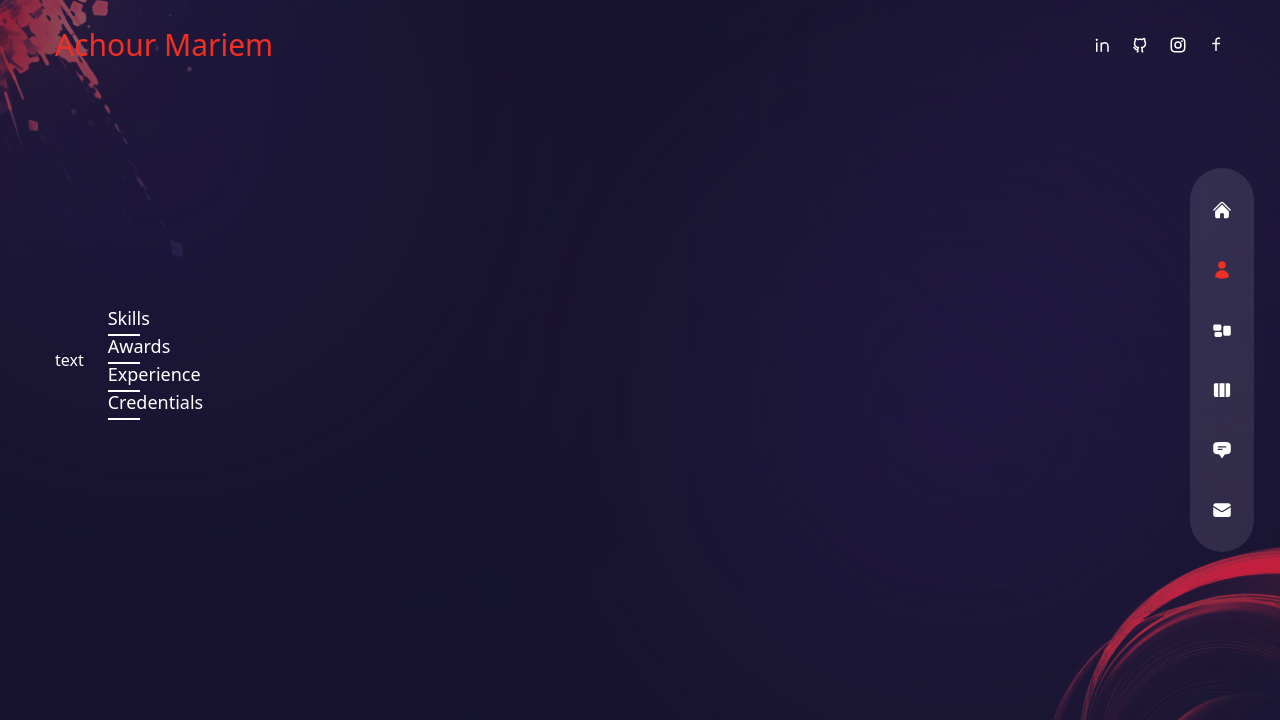
Repository: AchourMaryem/My-personal-portfolio
Page: /about
The author's editor kept a copy of each file at every save. The page is drawn from the files as they stood at one save, then again after a run of saves.
The browser window is 1280 px wide. The pictures show the whole page.
The project was rebuilt for these pictures with package versions that can differ from the ones it lists, and the page was loaded fresh each time. The framework's server and built-in components were replaced by stand-ins that run in the browser. Also part of the build but not shown: next.config.js.

Above is the page before, as saved 2023-09-22 01:40:44.

### pages/_app.js
import '../styles/globals.css';
import Layout from '../components/Layout';
import Transition from '../components/Transition';
import { useRouter } from 'next/router';
import { AnimatePresence, motion } from 'framer-motion';

function MyApp({ Component, pageProps }) {
  const router = useRouter();
  return(
  <Layout>
    <AnimatePresence mode='wait'>
      <motion.div key={router.route} className='h-full'>
        <Transition />
        <Component {...pageProps} />
      </motion.div>
  </AnimatePresence>
  </Layout>
  );
}

export default MyApp;

### pages/about/index.js
import React, { useState } from 'react';

// icons
import {
  FaHtml5,
  FaCss3,
  FaJs,
  FaReact,
  FaWordpress,
  FaFigma,
} from "react-icons/fa";

import {
  SiNextdotjs,
  SiFramer,
  SiAdobexd,
  SiAdobephotoshop,
} from "react-icons/si";


//  data
export const aboutData = [
  {
    title: 'skills',
    info: [
      {
        title: 'Web Development',
        icons: [
          <FaHtml5 />,
          <FaCss3 />,
          <FaJs />,
          <FaReact />,
          <SiNextdotjs />,
          <SiFramer />,
          <FaWordpress />,
        ],
      },
      {
        title: 'UI/UX Design',
        icons: [<FaFigma />, <SiAdobexd />, <SiAdobephotoshop />],
      },
    ],
  },
  {
    title: 'awards',
    info: [
      {
        title: 'Webby Awards - Honoree',
        stage: '2011 - 2012',
      },
      {
        title: 'Adobe Design Achievement Awards - Finalist',
        stage: '2009 - 2010',
      },
    ],
  },
  {
    title: 'experience',
    info: [
      {
        title: 'UX/UI Designer - XYZ Company',
        stage: '2012 - 2023',
      },
      {
        title: 'Web Developer - ABC Agency',
        stage: '2010 - 2012',
      },
      {
        title: 'Intern - DEF Corporation',
        stage: '2008 - 2010',
      },
    ],
  },
  {
    title: 'credentials',
    info: [
      {
        title: 'Web Development - ABC University, LA, CA',
        stage: '2011',
      },
      {
        title: 'Computer Science Diploma - AV Technical Institute',
        stage: '2009',
      },
      {
        title: 'Certified Graphic Designer - ABC Institute, Los Angeles, CA',
        stage: '2006',
      },
    ],
  },
];

import Avatar from '../../components/Avatar';
import Circles from '../../components/Circles';
import {motion} from 'framer-motion';
import {fadeIn} from '../../variants';

const About = () => {
  const [index,setIndex] = useState(0);
  return (
  <div className='h-full bg-primary/30 py-32 text-center xl:text-left'>
    <Circles />
    <motion.div
     variants={fadeIn('right',0.2)}
      initial="hidden"
      animate="show"
      exit="hidden"
      className='hidden xl:flex absolute bottom-0 -left-[370px]'>
<Avatar />
    </motion.div>
    <div className='container mx-auto h-full flex felx-col items-center xl:flex-row gap-x-6'>
      <div>text</div>
      <div>
        <div className=''>
          {aboutData.map((item, itemIndex)=>{
            return (<div key={itemIndex} className='cursor-pointer capitalize xl:text-lg relative after:w-8 after:h-[2px]
            after:bg-white after:absolute after:-bottom-1 after:left-0'>
              {item.title}
            </div>);
          })}
        </div>
      </div>
    </div>
  </div>
  );
};

export default About;

### styles/globals.css
@tailwind base;
@tailwind components;
@tailwind utilities;

.translate-z-0 {
  transform: translateZ(0px);
}
.swiper-horizontal > .swiper-pagination-bullets .swiper-pagination-bullet,
.swiper-pagination-horizontal.swiper-pagination-bullets
  .swiper-pagination-bullet {
  background-color: #f13024;
}

.swiper-button-next:after,
.swiper-button-prev:after,
.swiper-button-next:after,
.swiper-rtl .swiper-button-prev:after {
  color: #f13024;
}

@layer base {
  body {
    @apply bg-secondary overflow-hidden leading-relaxed;
  }
  .page {
    @apply w-full h-screen overflow-hidden;
  }
  .h1 {
    @apply text-[35px] leading-tight md:text-[60px] md:leading-[1.3] mb-8 font-semibold;
  }
  .h2 {
    @apply text-[35px] leading-tight md:text-[54px] md:leading-[1.3] mb-4 font-semibold;
  }
  p {
    @apply leading-[1.8] text-white/60 font-light;
  }
  .btn,
  .input {
    @apply h-[52px];
  }
  .input {
    @apply w-full h-[52px] rounded-lg pl-6 capitalize;
  }
  .input,
  .textarea {
    @apply bg-transparent outline-none focus:ring-1 focus:ring-accent border border-white/20 placeholder:text-white/30 placeholder:font-light;
  }
  .textarea {
    @apply w-full h-[180px] p-6 capitalize rounded-lg resize-none;
  }
  .scrollable-content {
    /* Modifier la couleur de la barre de défilement en gris */
    scrollbar-width: thin;
    scrollbar-color: gray gray; /* Couleur de la barre de défilement et du track (fond) */
  }

  .scrollable-content::-webkit-scrollbar {
    width: 6px; /* Largeur de la barre de défilement */
  }

  .scrollable-content::-webkit-scrollbar-thumb {
    background-color: gray; /* Couleur de la barre de défilement */
  }

}

### components/Layout.js
import {Sora} from '@next/font/google'


const sora = Sora({
  subsets:['latin'],
  variable:'--font-sora',
  weight:['100','200','300','400','500','600','700','800'],
});
import Nav from '../components/Nav'
import Header from '../components/Header'
import TopLeftImg from '../components/TopLeftImg'

const Layout = ({children}) => {
  return <div className={'page bg-site text-white bg-cover bg-no-repeat ${sora.variable} font-sora relative '}>
   <TopLeftImg />
    <Nav />
    <Header />
    {children}
  </div>;
};

export default Layout;

### components/Transition.js
import {motion} from 'framer-motion';

const transitionVariants = {
  initial: {
    x: '100%',
    width: '100%',
  },
  animate: {
    x: '0%',
    width: '0%',
  },
  exit: {
    x: ['0%', '100%'],
    width: ['0%', '100%'],
  },
};

const Transition = () => {
  return (
    <>
      <motion.div
        className='fixed top-0 bottom-0 right-full w-screen h-screen z-30 bg-[#2e2257]'
        variants={transitionVariants}
        initial='initial'
        animate='animate'
        exit='exit'
        transition={{ delay: 0.2, duration: 0.6, ease: 'easeInOut' }}
      >
      </motion.div>
      <motion.div
        className='fixed top-0 bottom-0 right-full w-screen h-screen z-20 bg-[#3b2d71]'
        variants={transitionVariants}
        initial='initial'
        animate='animate'
        exit='exit'
        transition={{ delay: 0.4, duration: 0.6, ease: 'easeInOut' }}
      >
      </motion.div>
      <motion.div
        className='fixed top-0 bottom-0 right-full w-screen h-screen z-10 bg-[#4b3792]'
        variants={transitionVariants}
        initial='initial'
        animate='animate'
        exit='exit'
        transition={{ delay: 0.6, duration: 0.6, ease: 'easeInOut' }}
      >
      </motion.div>
    </>
  );
};

export default Transition;

### components/Avatar.js
import Image from 'next/image';

const Avatar = () => {
  return (
  <div className='hidden xl:flex xl:max-w-none'>
<Image
src={'/imagee.png'}
width={737}
height={678}
 alt=""
className='translate-z-0 w-full h-full'/>
  </div>
);
};

export default Avatar;

### components/Circles.js
import Image from 'next/image';

const Circles = () => {
  return (
  <div className='w-[200px] xl:w-[300px] absolute -right-16 -bottom-2 mix-blend-color-dodge animate-pulse duration-75 z-10'>
    <Image src={'/circles.png'}
     width={260}
     height={200}
      className='w-full h-full'
    alt="" />
  </div>);
};

export default Circles;

### components/Nav.js
// icons
import {
  HiHome,
  HiUser,
  HiViewColumns,
  HiRectangleGroup,
  HiChatBubbleBottomCenterText,
  HiEnvelope,
} from 'react-icons/hi2';

// nav data
export const navData = [
  { name: 'home', path: '/', icon: <HiHome /> },
  { name: 'about', path: '/about', icon: <HiUser /> },
  { name: 'services', path: '/services', icon: <HiRectangleGroup /> },
  { name: 'work', path: '/work', icon: <HiViewColumns /> },
  {
    name: 'testimonials',
    path: '/testimonials',
    icon: <HiChatBubbleBottomCenterText />,
  },
  {
    name: 'contact',
    path: '/contact',
    icon: <HiEnvelope />,
  },
];
import Link from 'next/link';
import { useRouter } from 'next/router';
const Nav = () => {
  const router = useRouter();
  const pathname = router.pathname;
  return (
    <nav className='flex flex-col items-center xl:justify-center gap-y-4 fixed h-max bottom-0 mt-auto xl:right-[2%] z-50 top-0 w-full xl:w-16 xl:max-w-md xl:h-screen' >
      {/*inner*/}
      <div className='flex w-full xl:flex-col items-center justify-between xl:justify-center gap-y-10 px-4 md:px-40 xl:px-0 h-[80px] xl:h-max py-8 bg-white/10 backdrop-blur-sm text-3xl xl:text-xl xl:rounded-full '>
        {navData.map((link, index) => {
         return(
          <Link
          className={`${link.path === pathname && 'text-accent'} relative flex items-center group hover:text-accent transition-all duration-300`}
          href={link.path}
          key={index}
          >

          {/* tooltip */}
          <div className='absolute pr-14 right-0 hidden xl:group-hover:flex'>
          <div className='bg-white relative flex text-primary itemscenter p-[6px] rounded-[3px]'>
          <div className='text-[12px] leading-none font-semibold capitalize'>
            {link.name}
            </div>
         {/* triangle */}
         <div className='border-solid border-l-white border-l-8 border-y-transparent border-y-[6px] border-r-0 absolute -right-2'></div>

          </div>
          </div>
         <div> {link.icon}</div>

        </Link>
        );
})}
      </div>
    </nav>
  );
};

export default Nav;

### components/Header.js
import Image from "next/image";
import Link from "next/link";
import { useRouter } from 'next/router';

import Socials from '../components/Socials';
const Header = () => {
  const router = useRouter();

  return (
    <header className="absolute z-30 w-full flex items-center px-16 xl:px-0 xl:h-[90px]">
      <div className="container mx-auto">
        <div className="flex flex-col lg:flex-row justify-between items-center py-8">
          {router.pathname === '/' ? (
            <Link href="/"></Link>
          ) : (
         <Link href="/" className="text-3xl text-accent "  >Achour Mariem</Link>
          )}
            <Socials>Socials</Socials>
        </div>
          </div>
    </header>

  );
};

export default Header;

### components/TopLeftImg.js
import Image from "next/image";
const TopLeftImg = () => {
  return <div className="absolute left-0 top-0 mix-blend-color-dodge z-10 w-[200px] xl:w-[400px] opacity-50">
    <Image src='/top-left-img.png' width={400} height={400}  alt=""/>
  </div>;
};

export default TopLeftImg;

### components/Socials.js
import Link from "next/link";
import {
  RiLinkedinLine,
  RiGithubLine,
  RiInstagramLine,
  RiFacebookLine} from 'react-icons/ri'
const Socials = () => {
  return (
  <div className="flex items-center gap-x-5 text-lg">
    <Link href={'https://www.linkedin.com/in/mariem-achour-915469235/'} target="_blank" rel="noopener noreferrer" className="hover:text-accent transition-all duration-300">
      <RiLinkedinLine />
    </Link>
    <Link href={'https://github.com/AchourMaryem?tab=repositories'} target="_blank" rel="noopener noreferrer" className="hover:text-accent transition-all duration-300">
      <RiGithubLine />
    </Link>
    <Link href={'https://www.instagram.com/maryem_achouur/'} className="hover:text-accent transition-all duration-300"target="_blank" rel="noopener noreferrer">
      <RiInstagramLine />
    </Link>
    <Link href={'https://www.facebook.com/profile.php?id=100070889742279'} className="hover:text-accent transition-all duration-300" target="_blank" rel="noopener noreferrer">
      <RiFacebookLine />
    </Link>
  </div>
  );
};

export default Socials;

Loaded but not shown: variants.js (common file); tailwind.config.js (common file)

After the next 3 saves:
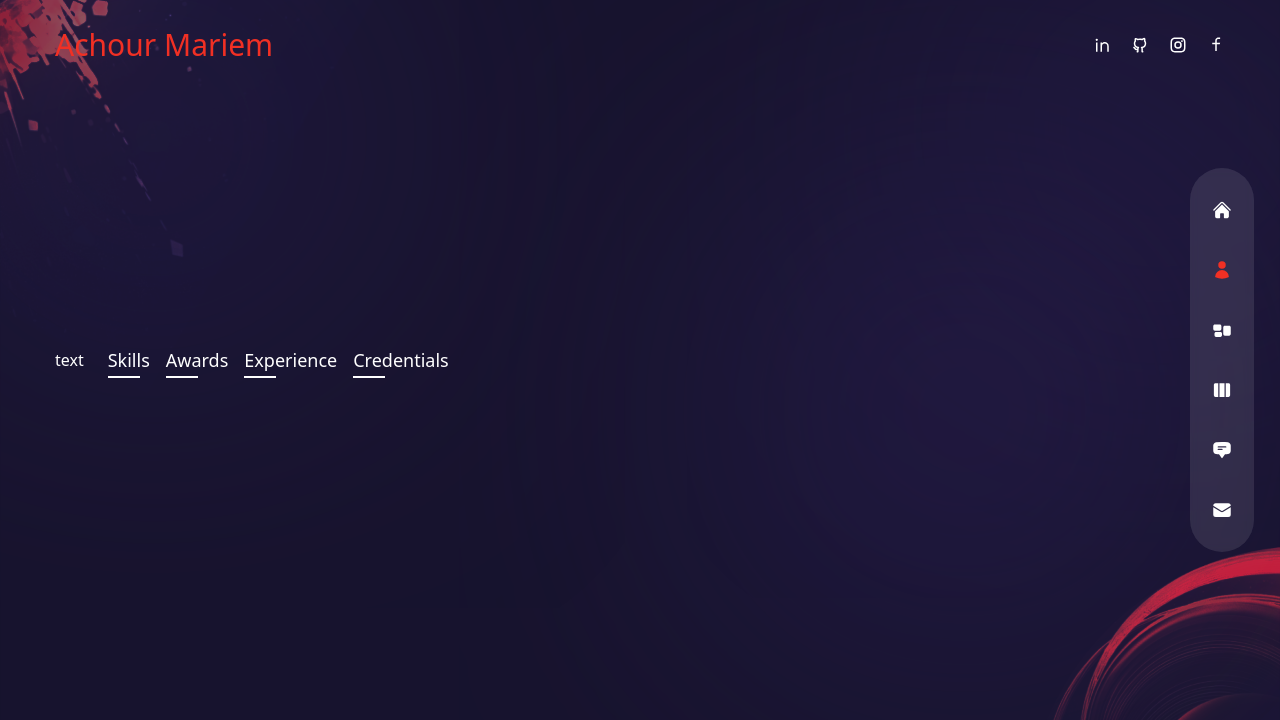
The 3 saves are shown as one change because they came seconds apart.
The last was saved 8 s later.
--- a/pages/about/index.js
+++ b/pages/about/index.js
@@ -111,7 +111,7 @@ const About = () => {
     <div className='container mx-auto h-full flex felx-col items-center xl:flex-row gap-x-6'>
       <div>text</div>
       <div>
-        <div className=''>
+        <div className='flex gap-x-4'>
           {aboutData.map((item, itemIndex)=>{
             return (<div key={itemIndex} className='cursor-pointer capitalize xl:text-lg relative after:w-8 after:h-[2px]
             after:bg-white after:absolute after:-bottom-1 after:left-0'>
